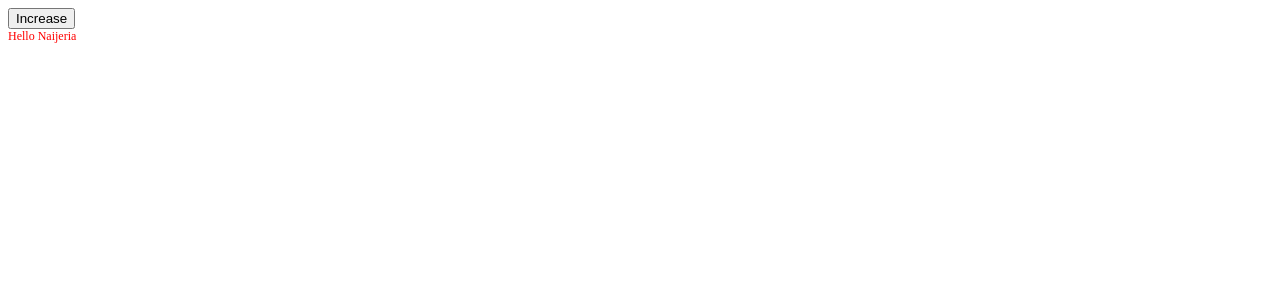
Repository: nashthecoder/vuebasics
Page: event-binding.html
An editor plug-in stored every save of this project. The page is shown before and after the next save, followed by the edit.
The browser window is 1280 px wide. The pictures show the whole page.

Above is the page before, as saved 2021-01-05 21:09:53.

### event-binding.html

<!DOCTYPE html>
<html lang="en">

<div id="app">

  <button @click="increaseFont">Increase</button>

  <div :style="{color: 'red', fontSize: fontSize + 'px'}">{{ message }}</div>




</div>

<script src="https://cdn.jsdelivr.net/npm/vue@2/dist/vue.js"></script>


<script>

  let vm = new Vue({

    el: '#app',
    data: {
      message: 'Hello Naijeria',
      fontSize: 12,
    },

    methods: {
      increaseFont(){
          this.fontSize++;
      }
    },

  })

</script>

After the next save:
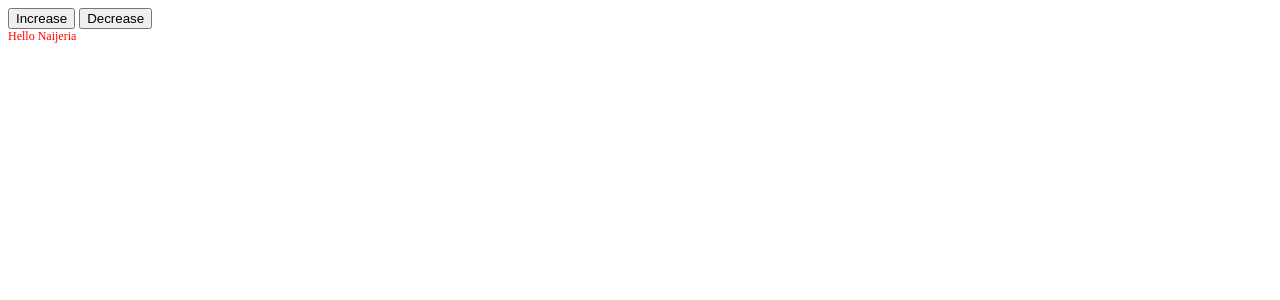
Saved 74 s later.
--- a/event-binding.html
+++ b/event-binding.html
@@ -5,6 +5,8 @@
 <div id="app">
 
   <button @click="increaseFont">Increase</button>
+
+  <button @click="increaseFont">Decrease</button>
 
   <div :style="{color: 'red', fontSize: fontSize + 'px'}">{{ message }}</div>
 
@@ -29,7 +31,12 @@
     methods: {
       increaseFont(){
           this.fontSize++;
-      }
+      },
+
+      decreaseFont(){
+          this.fontSize--;
+      },
+
     },
 
   })
